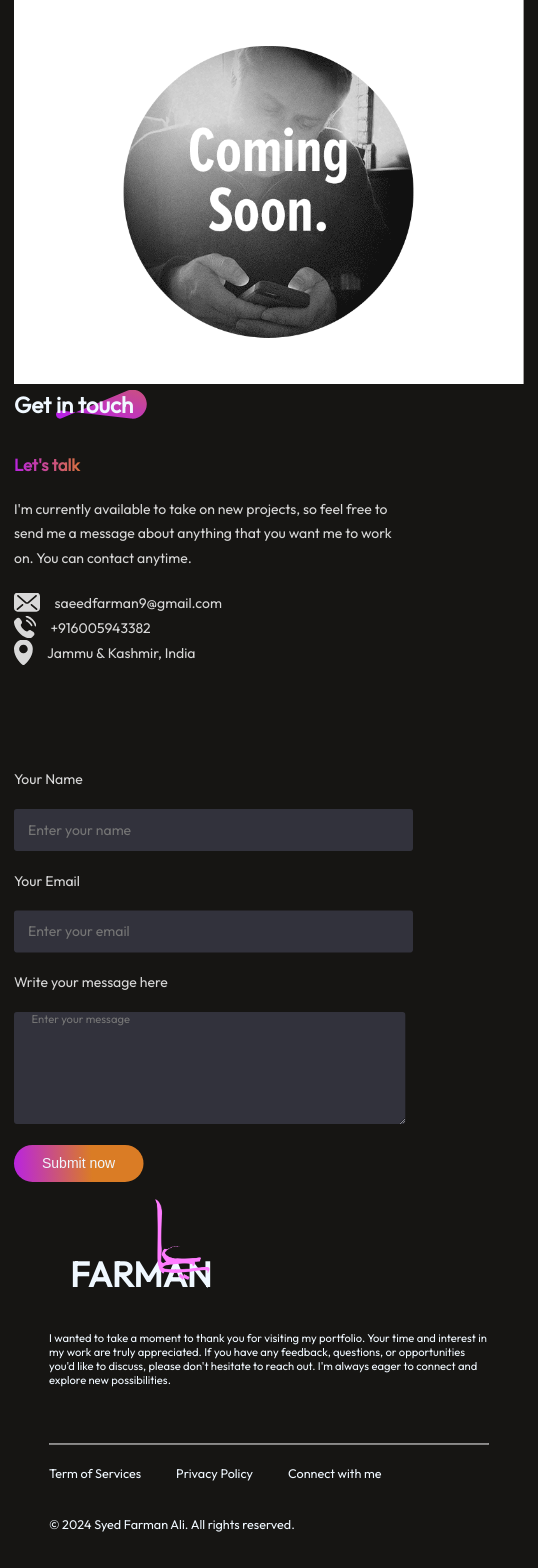
Repository: FARMAN9/portfolio_React
Page: /
These files come from the project's save history. The page is drawn as it stood at one moment and after a run of saves; the edit follows.
The browser window is 768 px wide. The pictures show the part of the page from y = 3921 to 6161 px (the page is 6161 px tall before and 6101 px after), at 70% of full size.
The project was rebuilt for these pictures with package versions that can differ from the ones it lists, and the page was loaded fresh each time. Also part of the build but not shown: vite.config.js.

Above is the page before, as saved 2024-10-16 21:47:26.

### index.html
<!doctype html>
<html lang="en">
  <head>
    <meta charset="UTF-8" />
    <link rel="icon" type="image/svg+xml" href="/bac.svg" />
    <meta name="viewport" content="width=device-width, initial-scale=1.0" />
    <title>Portfoilo</title>
    <link rel="preconnect" href="https://fonts.googleapis.com">
<link rel="preconnect" href="https://fonts.gstatic.com" crossorigin>
<link href="https://fonts.googleapis.com/css2?family=Outfit&display=swap" rel="stylesheet">


  </head>
  <body>
    <div id="root"></div>

    <script type="module" src="/src/main.jsx"></script>
  </body>
</html>

### src/App.jsx

import NavBar from './Components/Navbar/NavBar'
import Hero from './Components/Hero/Hero'
import About from './Components/About/About'
import MyWork from './Components/MyWork/MyWork'
import Contact from './Components/Contact/Contact'
import Footer from './Components/Footer/Footer'
import React from 'react';

function App() {


  return (
  <>
  <NavBar/>
  <Hero/>
  <About/>
  <MyWork/>
  <Contact/>
  <Footer/>
  </>
  )
}

export default App

### src/index.css

*{
  margin: 0;
  padding: 0;

}
body{
  height: 100vh;
  background: #161513;
  color: aliceblue;
  font-family: outfit;
}

### src/Components/Navbar/NavBar.jsx
import React, { useRef, useState,useEffect } from 'react';
import './Navbar.css';
import ali from '../../assets/ali.png'
import backgound from '../../assets/nav_underline.svg'
import AnchorLink from 'react-anchor-link-smooth-scroll'
import menu_open from '../../assets/menu_open.svg'
import menu_close from '../../assets/menu_close.svg'



function NavBar() {



  const [menu,setMenu]=useState('home')
  const menuRef =useRef();
  const openMenu=()=>{
    menuRef.current.style.right='0'
  }
  const closeMenu=()=>{
    menuRef.current.style.right='-350px'
  }
  return (
    <nav className='navbar'>
      <div className='logo'>
      <AnchorLink className='anchor-link' href='#home'>
      <h1>FARMAN</h1>
      <img src={ali} alt="" />
      </AnchorLink>
      </div>
      <img src={menu_open}  onClick={openMenu} alt="" className='nav-mob-open' />

            <ul ref={menuRef} className='nav-menu'>
            <img src={menu_close} alt="" className='nav-mob-close' onClick={closeMenu}/>
             <li> <AnchorLink className='anchor-link' href='#home'><p onClick={()=>setMenu('home')}>Home</p> </AnchorLink>{menu ==='home' ? <img src ={backgound} alt=''/>:<></> }</li>
             <li><AnchorLink className='anchor-link' offset={50} href='#about'><p onClick={()=>setMenu('about')}>About Me</p></AnchorLink>{menu ==='about' ? <img src ={backgound} alt=''/>:<></> }</li>
             <li><AnchorLink className='anchor-link' offset={50} href='#work'><p onClick={()=>setMenu('work')}>Portfolio</p></AnchorLink>{menu ==='work' ? <img src ={backgound} alt=''/>:<></> }</li>
             <li><AnchorLink className='anchor-link' offset={50} href='#contact'><p onClick={()=>setMenu('contact')}>Contact</p></AnchorLink>{menu ==='contact' ? <img src ={backgound} alt=''/>:<></> }</li>
            </ul>
            <div className="nav-connect"><AnchorLink className='anchor-link' offset={50} href='#contact'>Connect With Me</AnchorLink></div>

    </nav>
  )
}

export default NavBar

### src/Components/Hero/Hero.jsx
import "./Hero.css";
import profile from "../../assets/profile.jpg";
import AnchorLink from "react-anchor-link-smooth-scroll";
import { FaGithub, FaLinkedin, FaCode } from "react-icons/fa";
import React, { useRef, useEffect } from "react";
import gsap from "gsap";
import { ScrollTrigger } from "gsap/ScrollTrigger";

// Register ScrollTrigger plugin
gsap.registerPlugin(ScrollTrigger);

function Hero() {
  return (
    <div id="home" className="hero">
      <img
        // Reference for the image
        src={profile}
        alt="profile"
      />

      <h1>
        <span className="myname">I'm Syed Farman Ali,</span> full stack
        developer based in India
      </h1>
      <p>
        I am from Jammu and Kashmir, with 1 year of experience in multiple
        companies and organizations like Jammu and Kashmir Police (CID) and
        Aharbal.
      </p>
      <div className="hero-action">
        <div className="hero-connect">
          <AnchorLink className="anchor-link" offset={50} href="#contact">
            Connect with me
          </AnchorLink>
        </div>
        <a
          className="hero-resume"
          href="https://rxresu.me/farman9/python-django-developer">
          My resume
        </a>
      </div>
      <div className="hero-socials">
        <a
          href="https://github.com/farman9"
          target="_blank"
          rel="noopener noreferrer">
          <FaGithub size={30} />
        </a>
        <a
          href="https://www.linkedin.com/in/farman9"
          target="_blank"
          rel="noopener noreferrer">
          <FaLinkedin size={30} />
        </a>
        <a
          href="https://leetcode.com/u/saeedfarman9/"
          target="_blank"
          rel="noopener noreferrer">
          <FaCode size={30} />
        </a>
      </div>
    </div>
  );
}

export default Hero;

### src/Components/About/About.jsx
import React from 'react'
import'./About.css'
import bac from '../../assets/bac.svg'
import profile from '../../assets/profile.jpg'


function About() {
  const skills = [
    { name: 'JavaScript', value: 70 },
    { name: 'Python', value: 80 },
    { name: 'Java', value: 50 },
    { name: 'HTML', value: 75 },
    { name: 'CSS', value: 70 },
    { name: 'Django', value: 60 },
    { name: 'Fastapi', value: 50 },

  ];

  return (
    <div id='about' className='about'>
        <div className="about-title">
            <h1>About me</h1>
            <img src={bac} alt="" />
        </div>
        <div className="about-sections">
        <div className="about-left">
        <img src={profile} alt="" />
       </div>
       <div className="about-right">
       <div className="about-para">
        <p>I am an experienced Full Stack Developer with over a 1 year of professional expertise in the field. Throughout my career, I have had the privilege of collaborating with prestigious organizations, contributing to their success and growth.</p>
        <p>My passion for frontend development is not only reflected in my extensive experience but also in the enthusiasm and dedication I bring to each project.</p>
       </div>
       <div className="about-skills">
        {
            skills.map((skill)=><div className="about-skill" key={skill.name}><p>{skill.name}</p><hr style={{width:`${skill.value}%`}} /></div>)
        }

      </div>
        </div>
        </div>
        <div className="about-achievements">
<div className="about-achievement">
<h1>1</h1>
<p>YEAR OF EXPERIENCE</p>
</div>
<hr />
<div className="about-achievement">
<h1>4+</h1>
<p>PROJECTS COMPLETED</p>
</div>
<hr />
<div className="about-achievement">
<h1>2+</h1>
<p>HAPPY CLIENTS</p>
</div>
</div>
    </div>
  )
}

export default About

### src/Components/MyWork/MyWork.jsx
import React, { useImperativeHandle } from "react";
import "./MyWork.css";
import bac from "../../assets/bac.svg";
import soon from "../../assets/coming_soon.gif";
import port_react from "../../assets/projects/portfilo_react.png";
import myntra from "../../assets/projects/mytra.png";
import youtube from "../../assets/projects/yt.png";
import djano_port from "../../assets/projects/django_port.png";
import dpt from "../../assets/projects/dpt.png";
import nws from "../../assets/projects/news.png";

function MyWork() {
  const mywork_data = [
    {
      w_no: 1,
      w_name: "portfolio_React",
      w_img: port_react,
      link: "https://github.com/FARMAN9/portfolio_React",
    },
    {
      w_no: 2,
      w_name: "mytra",
      w_img: myntra,
      link: "https://github.com/FARMAN9/myntra-clone-",
    },
    {
      w_no: 3,
      w_name: "youtube",
      w_img: youtube,
      link: "https://github.com/FARMAN9/youtube-clone",
    },
    {
      w_no: 4,
      w_name: "portfoilo_django",
      w_img: djano_port,
      link: "https://github.com/FARMAN9/portfoilo_django",
    },
    {
      w_no: 5,
      w_name: "DPS",
      w_img: dpt,
      link: "https://github.com/FARMAN9/Diabetes-prediction",
    },
    {
      w_no: 6,
      w_name: "oldNews_paper ",
      w_img: nws,
      link: "https://oldnews-paper.vercel.app/",
    },
    {
      w_no: 7,
      w_name: "soon",
      w_img: soon,
      link: "",
    },
  ];
  return (
    <div id="work" className="mywork">
      <div className="mywork-title">
        <h1>My Latest work</h1>
        <img src={bac} alt="" />
      </div>

      <div className="mywork-container">
        {mywork_data.map((data, index) => {
          return (
            <div key={index}>
              <a href={data.link}>
                <img src={data.w_img} alt="" />
              </a>
            </div>
          );
        })}
      </div>
    </div>
  );
}

export default MyWork;

### src/Components/Contact/Contact.jsx
import React from 'react'
import './Contact.css'
import bac from '../../assets/bac.svg'
import call from '../../assets/call.svg'
import mail from '../../assets/mail.svg'
import loc from '../../assets/loc.svg'

const mykey = "fc7158de-ce59-41ff-9c1e-672e25c721db"

function Contact() {
  const [result, setResult] = React.useState("");
  const [alertVisible, setAlertVisible] = React.useState(false);

  const onSubmit = async (event) => {
    event.preventDefault();
    setResult("Sending....");
    const formData = new FormData(event.target);

    formData.append("access_key", mykey);

    const response = await fetch("https://api.web3forms.com/submit", {
      method: "POST",
      body: formData
    });

    const data = await response.json();

    if (data.success) {
      setResult("Email Send Successfully \n Thanks😇");
      setAlertVisible(true);
      event.target.reset();
    } else {
      console.log("Error", data);
      setResult(data.message);
      setAlertVisible(true);
    }
  };

  const closeAlert = () => {
    setAlertVisible(false);
    setResult("");
  };

  return (
    <div id='contact' className='contact'>
      <div className='contact-title'>
        <h1>Get in touch</h1>
        <img src={bac} alt="" />
      </div>
      <div className='contact-section'>
        <div className='contact-left'>
          <h1>Let's talk</h1>
          <p>I'm currently available to take on new projects, so feel free to send me a message about anything that you want me to work on. You can contact anytime.</p>
          <div className="contact-details">
            <div className="contact-detail">
              <img src={mail} alt="" /> <p>saeedfarman9@gmail.com</p>
            </div>
            <div className="contact-detail">
              <img src={call} alt="" /><p>+916005943382</p>
            </div>
            <div className="contact-detail">
              <img src={loc} alt="" /><p>Jammu & Kashmir, India</p>
            </div>
          </div>
        </div>
        <div>
          <form onSubmit={onSubmit} className='contact-right'>
            <label htmlFor=""> Your Name</label>
            <input type="text" placeholder='Enter your name' name='name' />
            <label htmlFor=""> Your Email</label>
            <input type="email" placeholder='Enter your email' name='email' />
            <label htmlFor=""> Write your message here</label>
            <textarea placeholder='Enter your message' rows='8' name='message'></textarea>
            <button className='contact-submit' type='submit'>Submit now</button>
          </form>
        </div>
      </div>

      {alertVisible && (
        <div className="custom-alert">
          <div className="custom-alert-content">
            <p>{result}</p>
            <button onClick={closeAlert}>Close</button>
          </div>
        </div>
      )}
    </div>
  )
}

export default Contact

### src/Components/Footer/Footer.jsx
import React from "react";
import "./Footer.css";
import ali from "../../assets/ali.png";
import AnchorLink from 'react-anchor-link-smooth-scroll'

function Footer() {
  return (
    <div className="footer">
      <div className="footer-top">
        <div className="footer-top-left">
          <div className="logo">
          <AnchorLink className='anchor-link' offset={50} href='#home'>
            <h1>FARMAN</h1>
            <img src={ali} alt="" />
            </AnchorLink>
          </div>

        </div>
        <p>
        I wanted to take a moment to thank you for visiting my portfolio. Your time and interest in my work are truly appreciated.
        If you have any feedback, questions, or opportunities you'd like to discuss, please don't hesitate to reach out. I'm always eager to connect and explore new possibilities.
          </p>
        <div className="footer-top-right">

        </div>

        </div>
        <hr />

        <div className="footer-bottom">
          <p className="footer-bottm-left">
            {" "}
            © 2024 Syed Farman Ali. All rights reserved.{" "}
          </p>

          <div className="footer-bottom-right">
            <p>Term of Services</p>
            <p>Privacy Policy</p>
            <AnchorLink className='anchor-link' offset={50} href='#contact'> <p>Connect with me</p></AnchorLink>
          </div>
        </div>

    </div>
  );
}

export default Footer;

### src/Components/Navbar/Navbar.css
.navbar{
display: flex ;
align-items: center;
justify-content: space-between;
margin: 20px 170px;
}
.nav-menu{
    display: flex;
    align-items: center;
    list-style: none;
    gap:60px;
    font-size: 20px;

}
.nav-connect
{
    padding: 20px;
    border-radius: 50px;
    background: linear-gradient(267deg,#DA7C25 0.36%,#B923E1 102.0% );
    font-size:22px ;
    cursor: pointer;
    transition: 0.5s;

}
.nav-connect:hover
{
   transform: scale(1.05);

}



.logo{
    position: relative;
    }
.logo h1{
    padding: 0px 30px;
    font-size: 50px;
    font-weight: 600%;
    z-index: -1;

    }


.logo img{
    position: absolute;
    bottom:0;
    right: 0;

    width: 150px;
    height: 150px;

}

.anchor-link{
   text-decoration: none;
   color: aliceblue;
}
.nav-mob-close
{
    display: none;
}
.nav-mob-open{
    display: none;
}


@media(max-width:768px) {
    .navbar{
        margin: 20px 50px;
    }
    .nav-connect{
        display: none;
    }
    .nav-mob-open{
        display: block;
        position: fixed;
        right: 30px;
    }
    .nav-mob-close{
        display: block;
        position: relative;
        top: 30px;
        left: 110px;
        width: 30px;


    }
    .nav-menu{
        position: fixed;
        flex-direction: column;
        align-items: center;
        top:0;
        gap:30px;
        background-color: #1f0016;
        width: 350px;
        height: 100%;
        z-index: 2;
        transition: right 0.5s;
        right: -350px;
    }
    .nav-menu li{
        font-size: 30px;

        padding-left: 0;
        flex-direction: row;
        gap:20px;

    }

}

### src/Components/Hero/Hero.css
.hero {
  display: flex;
  flex-direction: column;
  align-items: center;
  gap: 35px;
}
.hero img {
  margin-top: 50px;
  border-radius: 50% 60%;
  width: 20rem;
  height: 20rem;
  position: relative;

  overflow: hidden; /* Hide overflow */

  z-index: 1; /* Make sure the image appears above the border */
  animation: borderchange 10s infinite; /* Animation duration and repetition */
}

/* Animated border wrapper */

/* Animated border effect */

/* Keyframes for border animation */
/* Animated border effect */

/* Keyframes for border animation */
@keyframes borderchange {
  0% {
    border-radius: 20% 40%; /* Initial radius */ /* Initial width */
    border-color: rgba(255, 255, 255, 0.5); /* Initial color */
    /* No scaling */
  }
  25% {
    border-radius: 30% 50%; /* Slightly increase radius */
    border-color: rgba(255, 200, 0, 0.7); /* Change color */
    /* Slightly scale up */
  }
  50% {
    border-radius: 50%; /* Fully rounded */
    border-color: rgba(0, 200, 255, 0.7); /* Another color change */
    border-width: 25px; /* Slightly increase width */ /* Scale up further */
  }
  75% {
    border-radius: 40% 60%; /* Return to less rounded */
    border-color: rgba(255, 0, 150, 0.7); /* Change color again */
    /* Scale back down */
  }
  100% {
    border-radius: 20% 40%; /* Back to initial radius */
    border-width: 20px; /* Back to initial width */
    border-color: rgba(255, 255, 255, 0.5); /* Return to initial color */
    /* Reset scaling */
  }
}

.hero h1 {
  text-align: center;

  font-weight: 600;
  width: 70%;
  font-size: 70px;
}
.hero h1 span {
  background: linear-gradient(270deg, #df8908 10%, #b415ff 100%);
  background-clip: text;
  -webkit-background-clip: text;
  -webkit-text-fill-color: transparent;
}
.hero-socials img {
  width: 30px;
  height: 30px;
  cursor: pointer;
}
.hero p {
  width: 50%;
  text-align: center;
  font-size: 24px;
  line-height: 40px;
}
.hero-action {
  display: flex;
  align-items: center;
  gap: 25px;
  font-size: 24px;
  font-weight: 500;
  margin-bottom: 50px;
}
.hero-connect {
  padding: 25px 45px;
  border-radius: 50px;
  background: linear-gradient(267deg, #da7c25 0.36%, #b923e1 102%);
  cursor: pointer;
}
.hero-resume {
  padding: 25px 75px;
  border-radius: 50px;
  border: 2px solid #fff;
  cursor: pointer;
  color: aliceblue;
  text-decoration: none;
}

.hero-connect:hover {
  border: 2px solid white;
}
.hero-resume:hover {
  border-color: #b415ff;
}
.hero-socials {
  margin-top: 20px;
}

.hero-socials a {
  margin: 0 10px;
  color: #333;
  transition: color 0.3s;
}

.hero-socials a:hover {
  color: #b415ff; /* You can change this color to match the theme */
}
@media (max-width: 768px) {
  .hero img {
    margin-top: 10px;
  }
  .hero h1 {
    margin-top: 40px;
    width: 96%;
    font-size: 2rem;
  }
  .hero p {
    width: 97%;
    font-size: 1rem;
    line-height: 20px;
  }
  .hero-action {
    width: 97%;
    gap: 10px;
    font-size: 18px;
    font-weight: 500;
    margin-bottom: 50px;
  }
  .hero-connect {
    padding: 20px 30px;
    border-radius: 30px;
  }
  .hero-resume {
    padding: 20px 50px;
    border-radius: 30px;
  }
  .hero-socials {
    margin-top: 5px;
  }
}

### src/Components/About/About.css
.about {
  display: flex;
  flex-direction: column;
  align-items: center;
  justify-content: center;
  gap: 80px;
  margin: 80px 170px;
}

.about-title {
  position: relative;
}
.about-title h1 {
  padding: 0px 30px;
  font-size: 80px;
  font-weight: 600%;
}

.about-title img {
  position: absolute;
  bottom: 0;
  right: 0;
  z-index: -1;
}

.about-sections {
  display: flex;
  gap: 80px;
}

.about-left img {
  width: 25rem;
  height: 25rem;
}
.about-right {
  display: flex;
  flex-direction: column;
  gap: 80px;
}

.about-para {
  display: flex;
  flex-direction: column;
  gap: 20px;
  font-size: 24px;
  font-weight: 500;
}

.about-skills {
  display: flex;
  flex-direction: column;
  gap: 20px;
}

.about-skill {
  display: flex;
  gap: 50px;
  align-items: center;
  transition: 0.3s;
}
.about-skill p {
  min-width: 150px;
  font-size: 24px;
  font-weight: 500;
}
.about-skill hr {
  outline: none;
  border: none;
  width: 50%;
  height: 8px;
  border-radius: 50px;
  background: linear-gradient(267deg, #da7c25 0.36%, #b923e1 102%);
}

.about-achievements {
  display: flex;
  width: 100%;
  justify-content: space-around;
  margin-bottom: 80px;
}

.about-achievement {
  display: flex;
  flex-direction: column;
  align-items: center;
  gap: 10px;
  transition: 0.5s;
}

.about-achievement h1 {
  font-size: 60px;
  font-weight: 700;
  background: linear-gradient(267deg, #da7c25 0.36%, #b923e1 102%);
  background-clip: text;
  -webkit-background-clip: text;
  -webkit-text-fill-color: transparent;
}

.about-achievement p {
  font-size: 22px;
  font-weight: 500;
}
.about-skill:hover {
  transform: scale(1.05);
  transition: 0.3s;
}
.about-achievement:hover {
  transform: scale(1.12);
  transition: 0.5s;
}

@media (max-width: 768px) {
  .about {
    gap: 30px;
    margin: 10px 20px;
    align-items: start;
  }
  .about-title h1 {
    font-size: 2rem;
    padding: 0;
  }
  .about-title img {
    width: 130px;
    right: -20px;
  }

  .about-sections {
    flex-direction: column;
  }
  .about-left {
    display: none;
  }
  .about-para {
    width: 97%;
    font-size: 1rem;
    line-height: 20px;
  }
  .about-skill {
    width: 97%;
    gap: 5px;
    align-items: center;
  }
  .about-skill p {
    font-size: 1rem;
  }
  .about-skill hr {
    height: 7px;
  }
  .about-achievements {
    justify-content: space-between;
  }
  .about-achievement {
    gap: 10px;
  }
  .about-achievement h1 {
    font-size: 34px;
    font-weight: 700;
  }
  .about-achievement p {
    text-align: center;
    font-size: 16px;
  }
}

### src/Components/MyWork/MyWork.css
.mywork {
  display: flex;
  flex-direction: column;
  align-items: center;
  justify-content: center;
  gap: 80px;
  margin: 8px 10px;
}
.mywork-title {
  position: relative;
}
.mywork-title h1 {
  padding: 0px 30px;
  font-size: 80px;
  font-weight: 600%;
}
.mywork-title img {
  position: absolute;
  bottom: 0;
  right: 0;
  z-index: -1;
}

.mywork-container {
  display: grid;
  grid-template-columns: 1fr 1fr 1fr;
  gap: 50px;
}

.mywork-container img {
  box-sizing: border-box;
  width: 500px;
  height: 300px;
  transition: 0.3s;
  cursor: pointer;
}
.mywork-container img:hover {
  transform: scale(1.1);
  border: 4px solid #ff00ff;
  border-radius: 10px;
  transition: 0.3s;
}

@media (max-width: 768px) {
  .mywork {
    gap: 50px;
    margin: 10px 20px;
    align-items: start;
  }
  .mywork-title h1 {
    padding: 0;
    font-size: 2rem;
    font-weight: 600;
  }
  .mywork-title img {
    width: 90%;
    margin-right: -20px;
  }
  .mywork-container {
    grid-template-columns: 1fr;
    gap: 20px;
  }
  .mywork-container img {
    width: 100%;
    height: 100%;
  }
}

### src/Components/Footer/Footer.css


.logo{
    position: relative;
    }
.logo h1{
    padding: 0px 30px;
    font-size: 50px;
    font-weight: 600%;
    z-index: -1;
    }
.logo img{
    position: absolute;
    bottom:0;
    right: 0;
    width: 150px;
    height: 150px;

}


.footer{
 margin: 50px 170px;
 display: flex;
 flex-direction: column;
 gap: 30px;
}
.footer-top{
    display: flex;
    justify-content: space-between;
}
.footer-top-left{
    display: flex;
    align-items: center;


}
.footer-top-left p{
   font-size: 15px;
   max-width: 500px;
}

.footer-bottom{
    display: flex;
    justify-content: space-between;
    font-size: 18px;

}
.footer-bottom-right{
    display: flex;
    gap:50px;
    margin-bottom: 50px;


}
@media(max-width:768px)
{
    .footer{
        margin: 50px 70px;
    }
    .footer-top{
        flex-direction: column;
        gap: 50px;
    }
    .footer-bottom{
        display: flex;
        flex-direction: column-reverse;
        margin-bottom: 50px;

    }
}

Loaded but not shown: src/main.jsx (common file); src/Components/Contact/Contact.css (193 lines, source omitted)

After the next 3 saves:
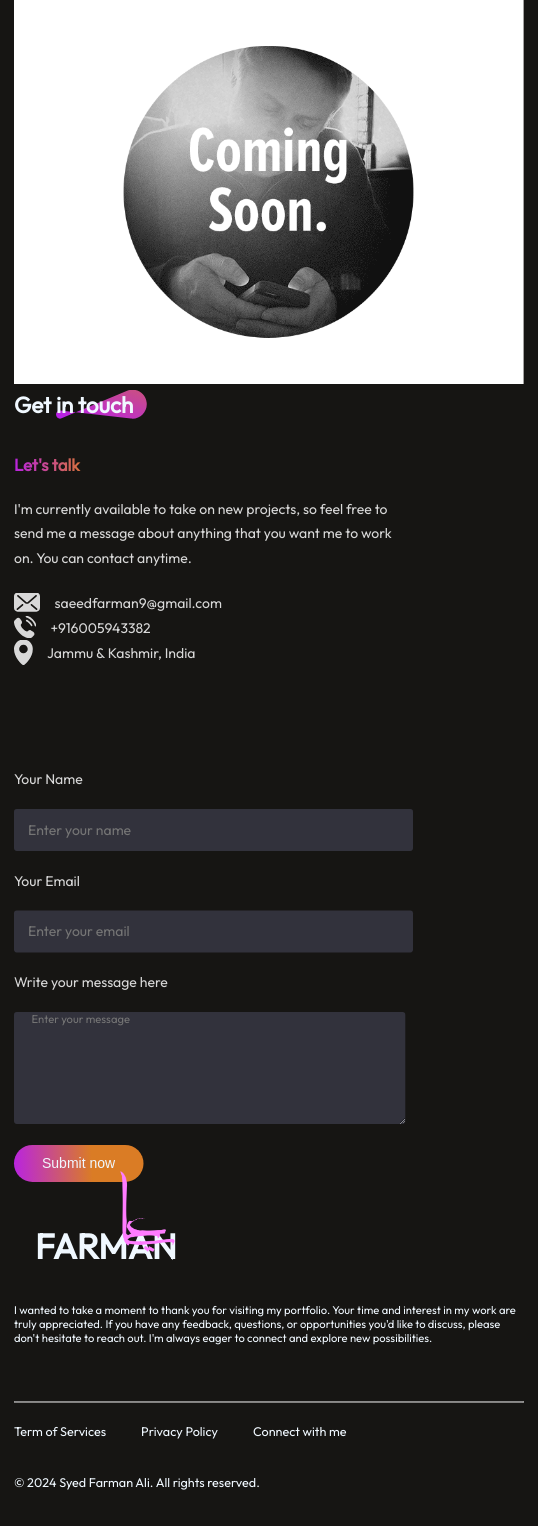
The 3 saves are shown as one change because they came seconds apart.
The last was saved 31 s later.
--- a/src/Components/Footer/Footer.css
+++ b/src/Components/Footer/Footer.css
@@ -1,71 +1,60 @@
-
-
-.logo{
-    position: relative;
-    }
-.logo h1{
-    padding: 0px 30px;
-    font-size: 50px;
-    font-weight: 600%;
-    z-index: -1;
-    }
-.logo img{
-    position: absolute;
-    bottom:0;
-    right: 0;
-    width: 150px;
-    height: 150px;
-
+.logo {
+  position: relative;
+}
+.logo h1 {
+  padding: 0px 30px;
+  font-size: 50px;
+  font-weight: 600%;
+  z-index: -1;
+}
+.logo img {
+  position: absolute;
+  bottom: 0;
+  right: 0;
+  width: 150px;
+  height: 150px;
 }
 
-
-.footer{
- margin: 50px 170px;
- display: flex;
- flex-direction: column;
- gap: 30px;
+.footer {
+  margin: 50px 170px;
+  display: flex;
+  flex-direction: column;
+  gap: 30px;
 }
-.footer-top{
-    display: flex;
-    justify-content: space-between;
+.footer-top {
+  display: flex;
+  justify-content: space-between;
 }
-.footer-top-left{
-    display: flex;
-    align-items: center;
-
-
+.footer-top-left {
+  display: flex;
+  align-items: center;
 }
-.footer-top-left p{
-   font-size: 15px;
-   max-width: 500px;
+.footer-top-left p {
+  font-size: 15px;
+  max-width: 500px;
 }
 
-.footer-bottom{
+.footer-bottom {
+  display: flex;
+  justify-content: space-between;
+  font-size: 18px;
+}
+.footer-bottom-right {
+  display: flex;
+  gap: 50px;
+  margin-bottom: 50px;
+}
+@media (max-width: 768px) {
+  .footer {
+    margin: 10px 20px;
+  }
+  .footer-top {
+    flex-direction: column;
+    gap: 50px;
+  }
+  .footer-bottom {
     display: flex;
-    justify-content: space-between;
-    font-size: 18px;
-
+    flex-direction: column-reverse;
+    margin-bottom: 50px;
+  }
 }
-.footer-bottom-right{
-    display: flex;
-    gap:50px;
-    margin-bottom: 50px;
-
-
-}
-@media(max-width:768px)
-{
-    .footer{
-        margin: 50px 70px;
-    }
-    .footer-top{
-        flex-direction: column;
-        gap: 50px;
-    }
-    .footer-bottom{
-        display: flex;
-        flex-direction: column-reverse;
-        margin-bottom: 50px;
-
-    }
-}
